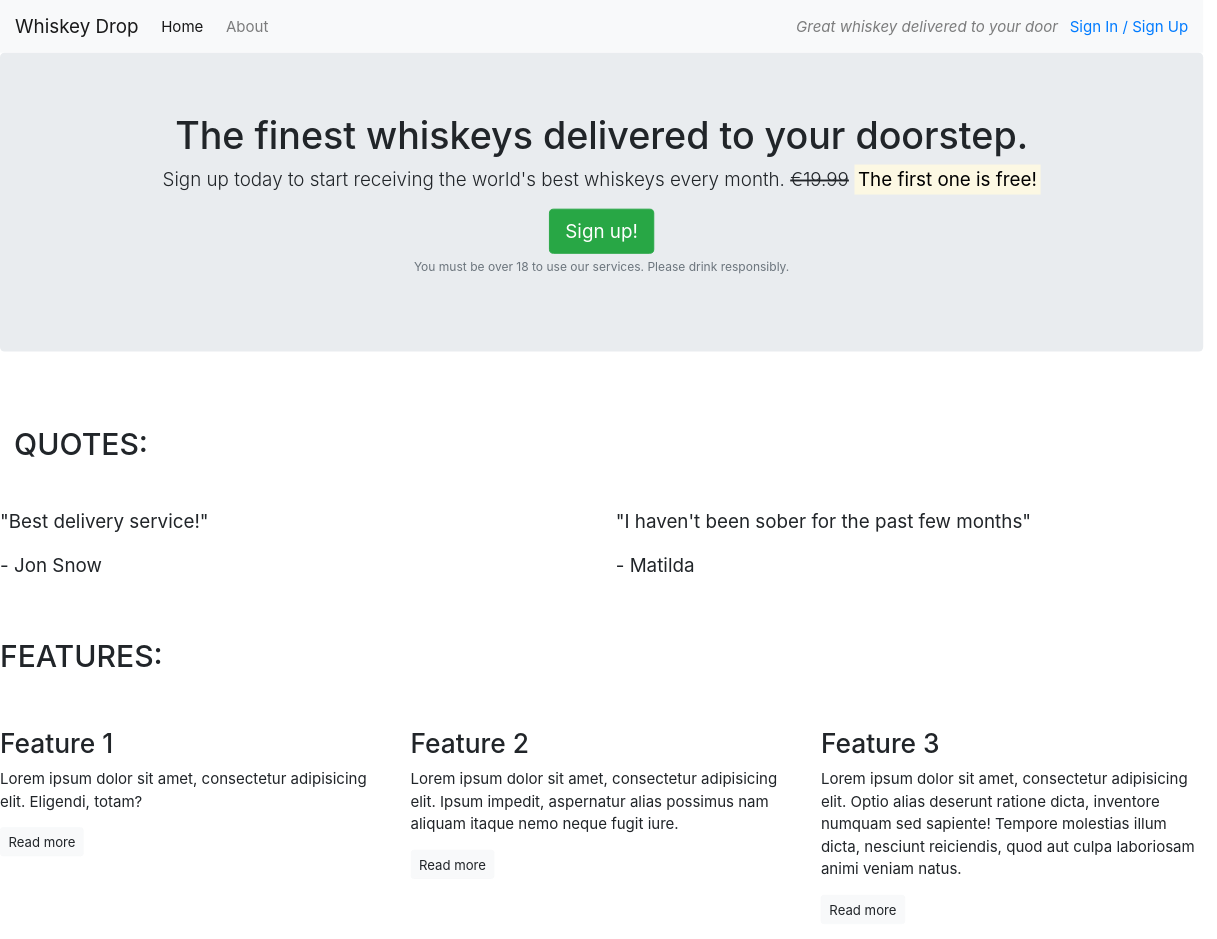
Repository: mkuti/Whiskey_website_using_Bootstrap
Page: index.html
The author's editor kept a record of every edit. The page is drawn from the files as they stood at one moment, then again after the next edit.
The browser window is 1280 px wide. The page is 1295 px wide, then 1280 px, so the pictures cover 1295 px, including what lies to the right of the window. The pictures show the whole page, at 94% of full size.

Above is the page before.

### index.html
<!DOCTYPE html>
<html lang="en">

<head>
    <meta charset="UTF-8">
    <meta name="viewport" content="width=device-width, initial-scale=1.0">
    <title>Whiskey Drop | Taste a new whiskey every month</title>
    <link rel="stylesheet" href="https://maxcdn.bootstrapcdn.com/bootstrap/4.1.3/css/bootstrap.min.css">
</head>

<body>
    <!-- nav -->
    <nav class="navbar navbar-light navbar-expand-sm bg-light">
        <a href="/" class="navbar-brand">
                    Whiskey Drop</a>
        <ul class="navbar-nav mr-auto">
            <li class="active nav-item mr-2"><a class="nav-link" href="/">Home</a></li>
            <li class="nav-item mr-2"><a class="nav-link" href="">About</a></li>
            <li class="nav-item mr-2 d-block d-sm-none"><a class="nav-link" href="">Sign In / Sign Up</a></li>
        </ul>

        <div class="d-none d-md-block">
            <p class="navbar-text my-auto mr-2"><i>Great whiskey delivered to your door</i></p>
            <a href="/login">Sign In / Sign Up</a>
        </div>
        <!--</div>-->
    </nav>
    <article="container mt-3">

        <!-- call out section -->
        <div class="row">
            <div class="col-12">
                <section class="callout jumbotron text-center">
                    <h1>The finest whiskeys delivered to your doorstep.</h1>
                    <p class="lead">Sign up today to start receiving the world's best whiskeys every month. <s class="d-none d-sm-inline">€19.99</s>
                        <span class="d-inline d-sm-none"><br></span>
                        <strong><mark>The first one is free!</mark></strong></p>
                    <button class="btn btn-success btn-lg">Sign up!</button>
                    <p class="text-muted"><small>You must be over 18 to use our services. Please drink responsibly.</small></p>
                </section>
            </div>
        </div>

        <!-- Quotes -->
        <section class="quotes">
            <div class="col-12 my-5">
                <h2 class="text-uppercase">Quotes:</h2>
            </div>
            <div class="row">
                <div class="col-12 col-md-6">
                    <blockquote class="blockquote">
                        <p>"Best delivery service!"</p>
                        <p>- Jon Snow</p>
                    </blockquote>
                </div>
                <div class="col-12 col-md-6">
                    <blockquote class="blockquote">
                        <p>"I haven't been sober for the past few months"</p>
                        <p>- Matilda</p>
                    </blockquote>
                </div>
            </div>
        </section>

        <!-- Features -->

        <section class="features">
            <div class="row">
                <div class="col-12 my-5">
                    <h2 class="text-uppercase">Features:</h2>
                </div>
            </div>
            <div class="row">
                <div class="col-12 col-md-6 col-lg-4">
                    <div class="feature">
                        <h3>Feature 1</h3>
                        <p>Lorem ipsum dolor sit amet, consectetur adipisicing elit. Eligendi, totam?</p>
                        <p><a class="btn btn-sm btn-light" href="">Read more</a></p>
                    </div>
                </div>

                <div class="col-12 col-md-6 col-lg-4">
                    <div class=feature>
                        <h3>Feature 2</h3>
                        <p>Lorem ipsum dolor sit amet, consectetur adipisicing elit. Ipsum impedit, aspernatur alias possimus nam aliquam itaque nemo neque fugit iure.</p>
                        <p><a class="btn btn-sm btn-light" href="">Read more</a></p>
                    </div>
                </div>

                <div class="col-12 d-md-none d-lg-block col-lg-4">
                    <div class="feature">
                        <h3>Feature 3</h3>
                        <p>Lorem ipsum dolor sit amet, consectetur adipisicing elit. Optio alias deserunt ratione dicta, inventore numquam sed sapiente! Tempore molestias illum dicta, nesciunt reiciendis, quod aut culpa laboriosam animi veniam natus.</p>
                        <p><a class="btn btn-sm btn-light" href="">Read more</a></p>
                    </div>
                </div>
            </div>
        </section>
    </article>

</body>

</html>

After the next edit:
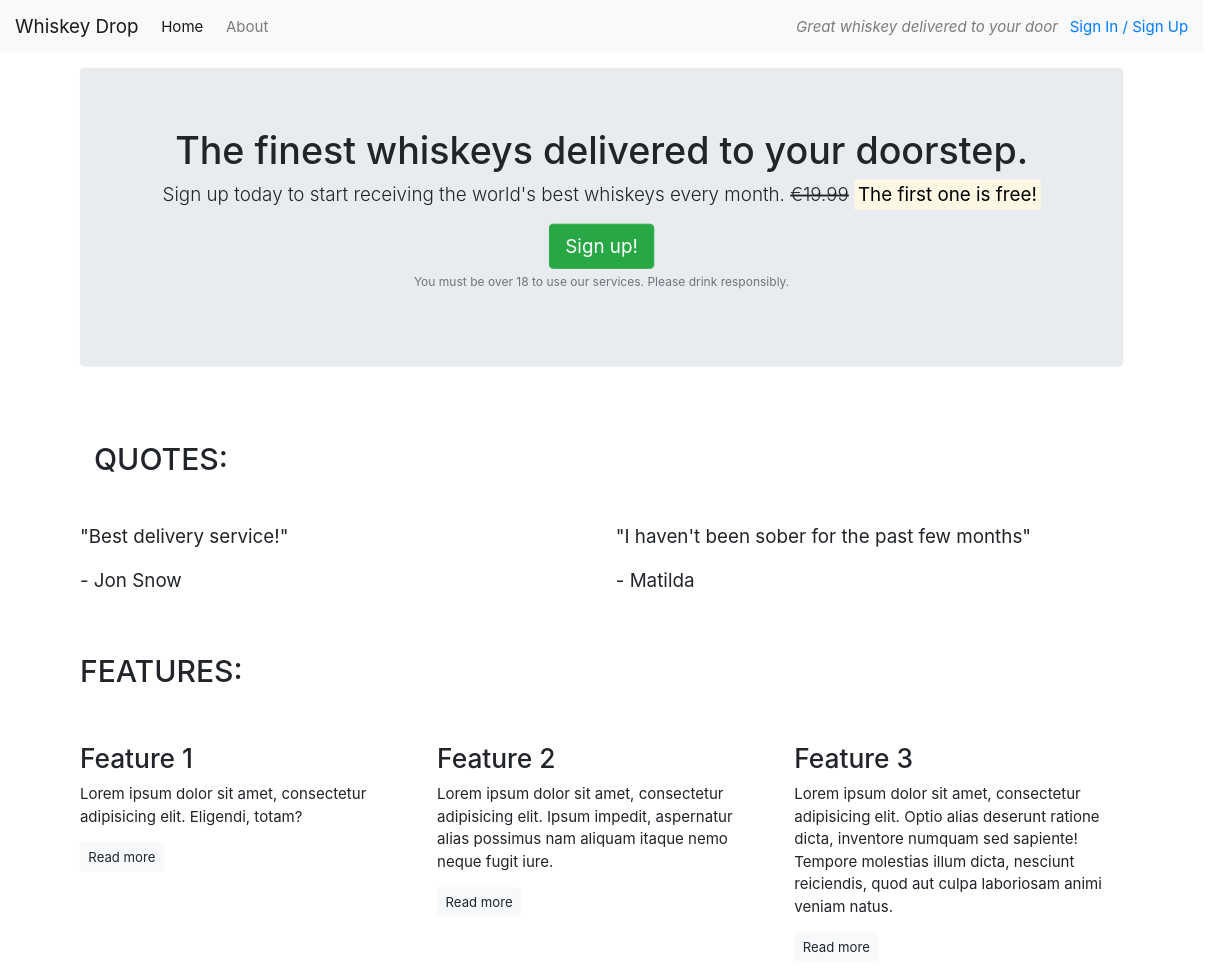
The edit:
--- a/index.html
+++ b/index.html
@@ -25,7 +25,7 @@
         </div>
         <!--</div>-->
     </nav>
-    <article="container mt-3">
+    <article class="container mt-3">
 
         <!-- call out section -->
         <div class="row">
